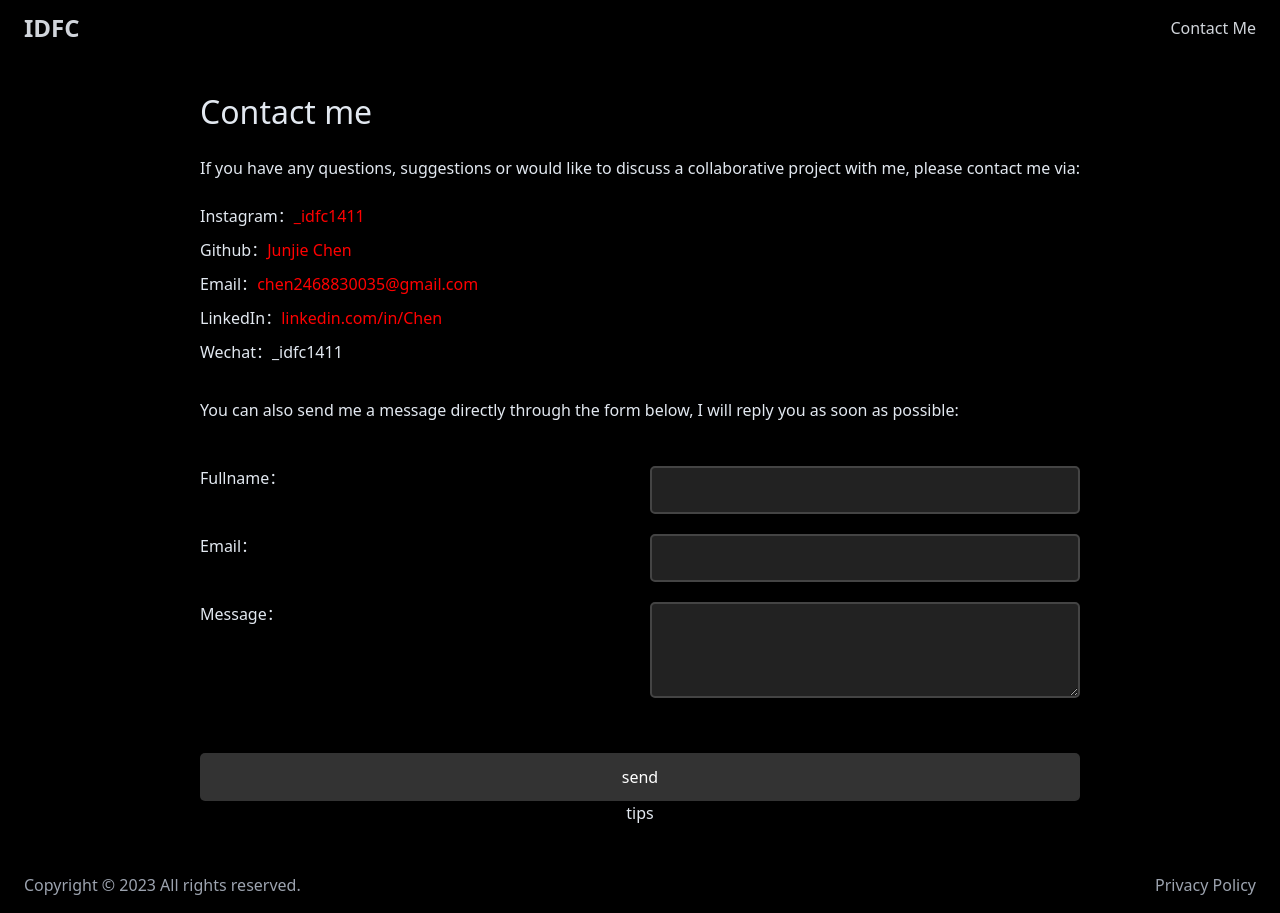
Repository: skybainiao/HackerStarter
Page: htmlFile/me.html
These files come from the project's save history. The page is drawn as it stood at one moment and after the next save; the edit follows.
The browser window is 1280 px wide. The pictures show the whole page.

Above is the page before, as saved 2023-04-09 19:01:22.

After the next save:
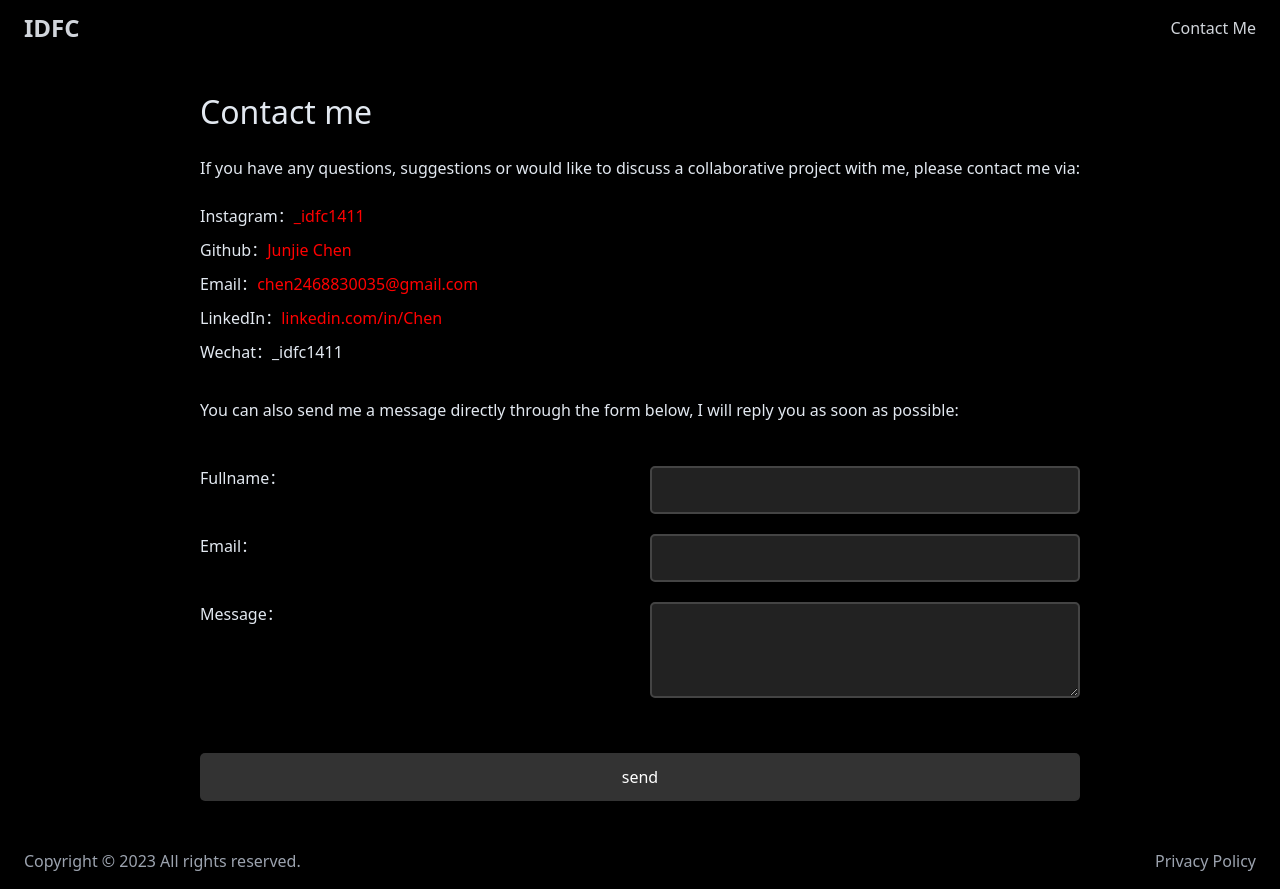
Saved 14 s later.
--- a/htmlFile/me.html
+++ b/htmlFile/me.html
@@ -87,6 +87,24 @@
 
 
 
+.floating-tooltip {
+  position: fixed;
+  bottom: 20px;
+  right: 20px;
+  background-color: rgba(0, 0, 0, 0.8);
+  color: white;
+  padding: 10px;
+  border-radius: 5px;
+  box-shadow: 0 0 5px rgba(0, 0, 0, 0.3);
+  opacity: 0;
+  visibility: hidden;
+  transition: opacity 0.3s, visibility 0.3s;
+}
+
+.floating-tooltip.visible {
+  opacity: 1;
+  visibility: visible;
+}
 
 
 /* 自定义按钮样式 */
